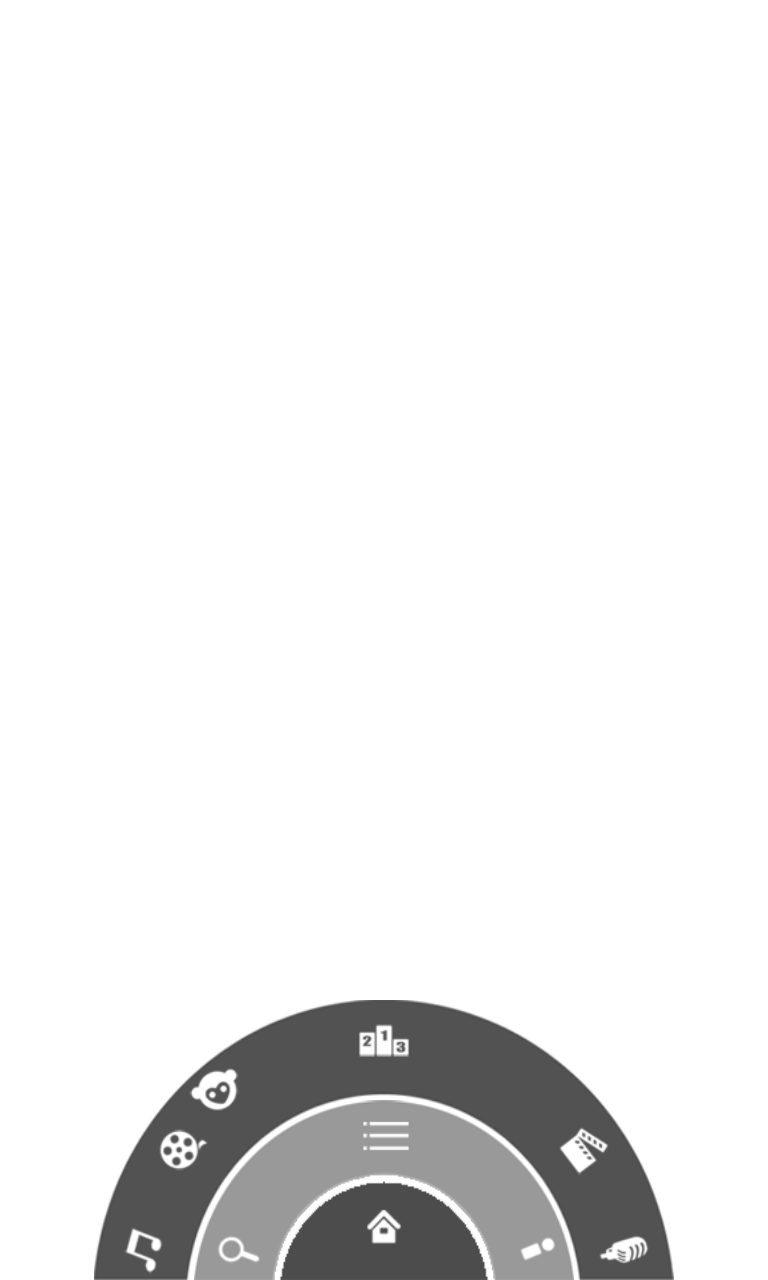
Repository: ASmouse/View
Layout: 02_UkuDemo14/res/layout/activity_main.xml
The author's editor kept a copy of each file at every save. The layout is drawn from the files as they stood at one save, then again after the next save.
It is drawn on a 768 x 1280 px phone screen (xhdpi) without system bars, with theme AppTheme; the app's code is not run.

Above is the layout before, as saved 2015-10-24 03:10:35.

After the next save:
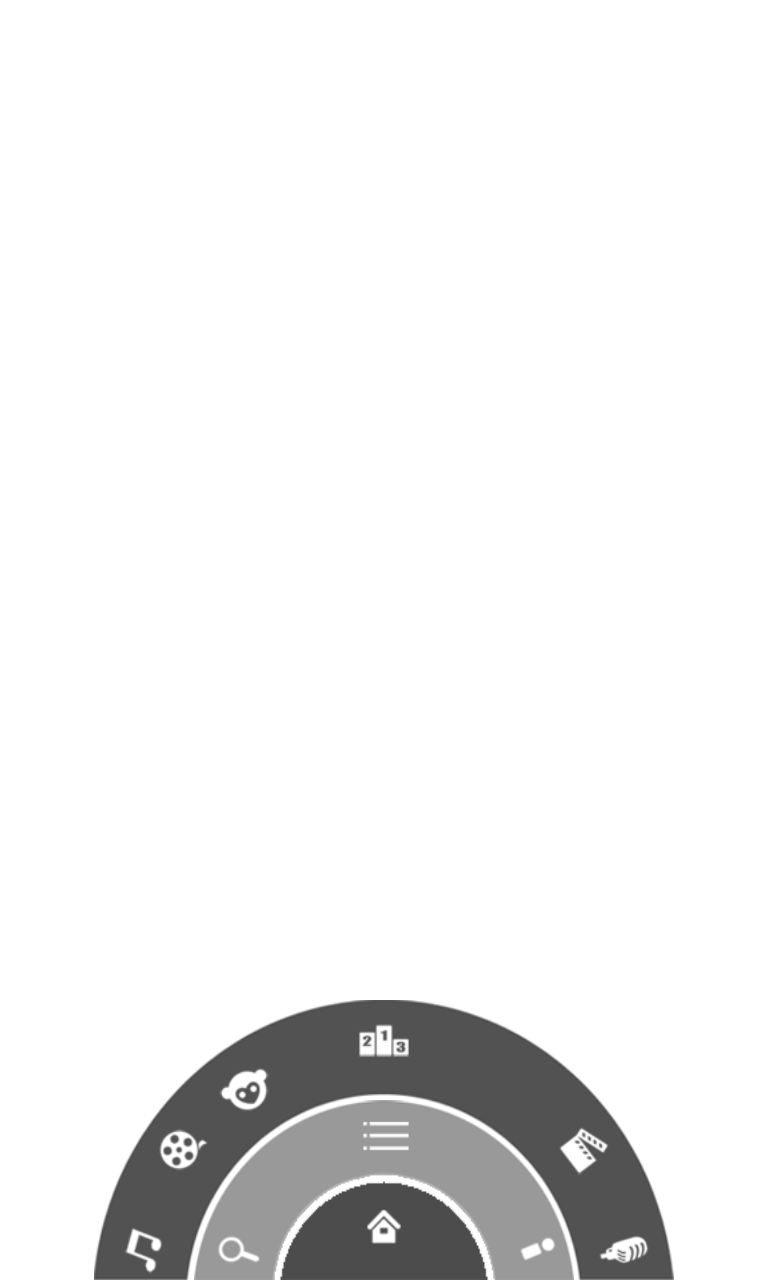
Saved 8 s later.
--- a/02_UkuDemo14/res/layout/activity_main.xml
+++ b/02_UkuDemo14/res/layout/activity_main.xml
@@ -131,7 +131,7 @@
          <!-- 第三个按钮 -->
 
         <ImageView
-            android:layout_marginLeft="45dip"
+            android:layout_marginLeft="60dip"
             android:layout_width="wrap_content"
             android:layout_height="wrap_content"
             android:layout_above="@id/channel2"
